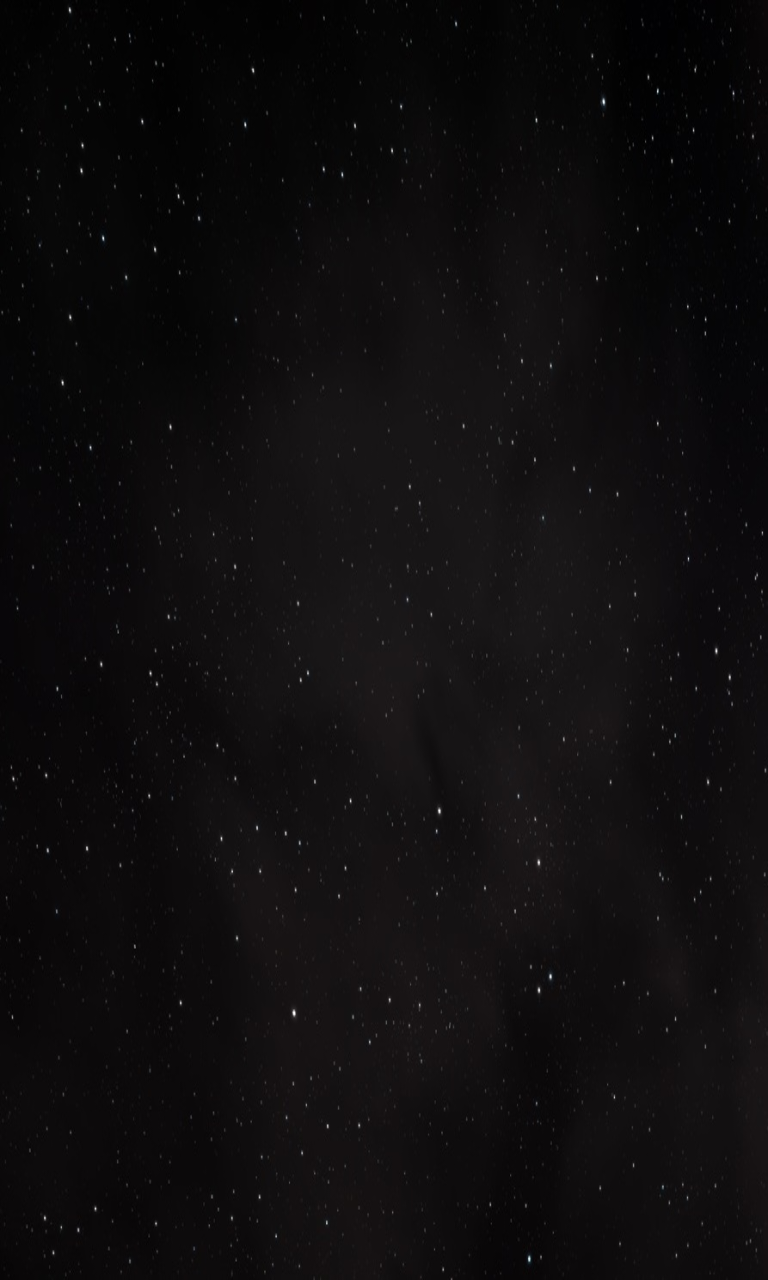
Repository: w9jds/Android-EveProfiler
Layout: EveProfiler/res/layout/activity_main.xml
These files come from the project's save history. The layout is drawn as it stood at one moment and after the next save; the edit follows.
It is drawn on a 768 x 1280 px phone screen (xhdpi) without system bars, with theme AppTheme; the app's code is not run. Lists and similar views that code fills are empty.

Above is the layout before, as saved 2013-05-13 04:26:23.

### EveProfiler/res/layout/activity_main.xml
<RelativeLayout
    xmlns:android="http://schemas.android.com/apk/res/android"
    xmlns:tools="http://schemas.android.com/tools"
    android:id="@+id/LayoutMain"
    android:layout_width="match_parent"
    android:layout_height="match_parent"
    tools:context=".MainActivity"
	android:background="@drawable/backgroundtoon">

	<android.support.v4.view.ViewPager
	    android:id="@+id/pager"
	    android:layout_width="match_parent"
	    android:layout_height="match_parent"
	    tools:context=".MainActivity"/>



</RelativeLayout>

Loaded but not shown: EveProfiler/res/values/styles.xml (common file); EveProfiler/res/values-v11/styles.xml (common file); EveProfiler/res/values-v14/styles.xml (common file)

After the next save:
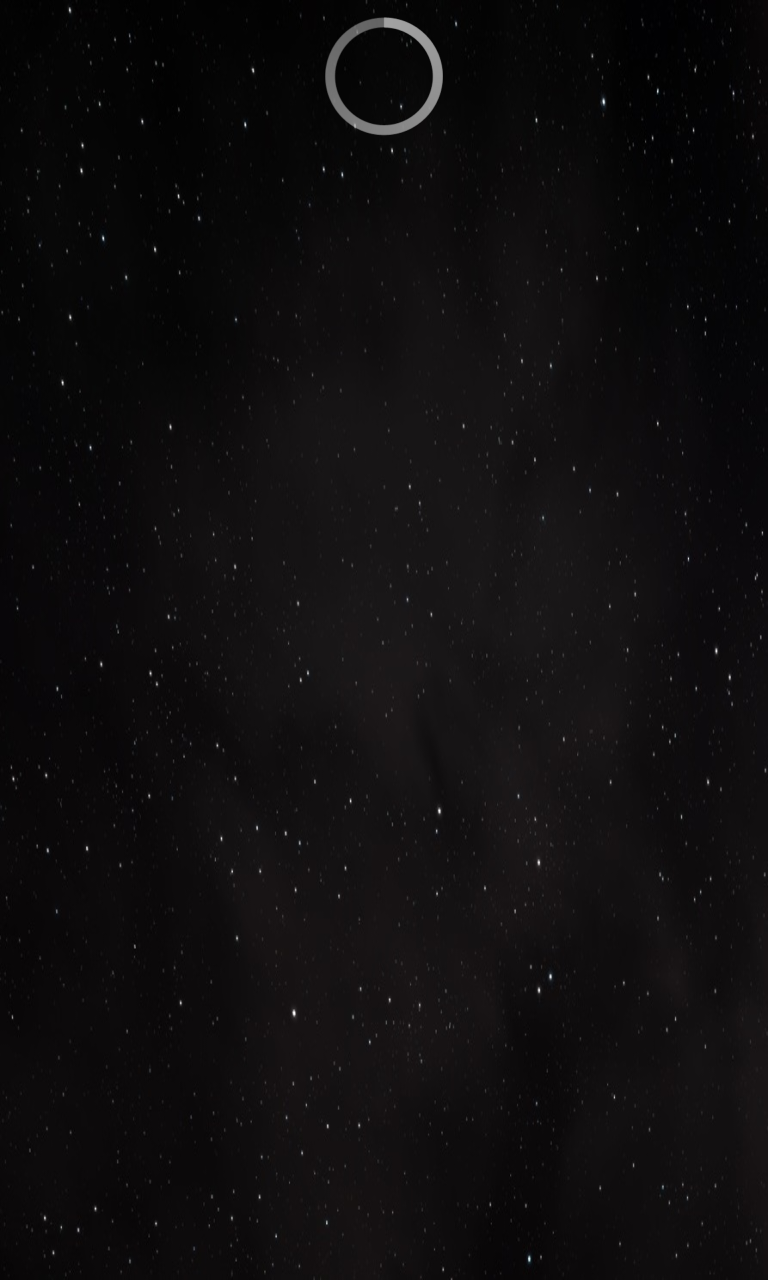
Saved 5 min 0 s later.
--- a/EveProfiler/res/layout/activity_main.xml
+++ b/EveProfiler/res/layout/activity_main.xml
@@ -13,6 +13,13 @@
 	    android:layout_height="match_parent"
 	    tools:context=".MainActivity"/>
 
-
+	<ProgressBar
+	    android:id="@+id/progressBar"
+	    style="?android:attr/progressBarStyleLarge"
+	    android:layout_width="wrap_content"
+	    android:layout_height="wrap_content"
+	    android:layout_alignParentTop="true"
+	    android:layout_centerHorizontal="true"
+	    android:layout_centerVertical="true" />
 
 </RelativeLayout>
